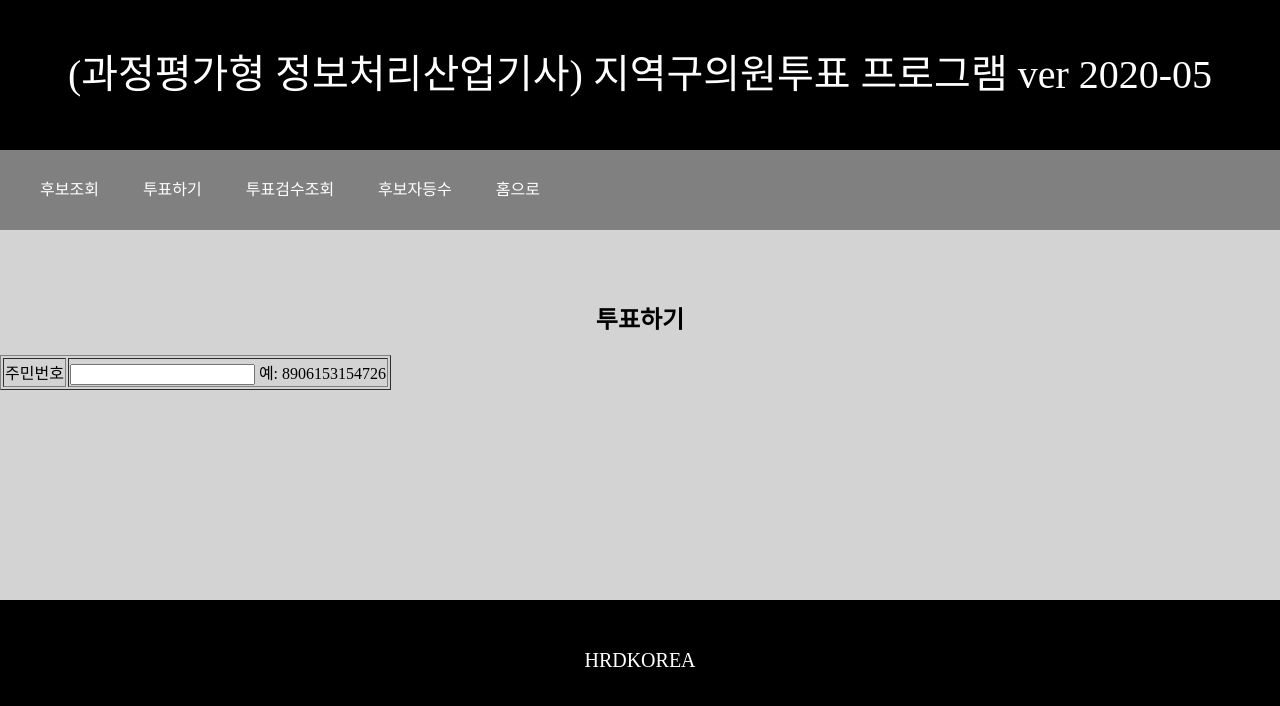
Repository: junhee97/-
Page: http://localhost/HRD_03/vote.jsp
An editor plug-in stored every save of this project. The page is shown before and after the next save, followed by the edit.
The browser window is 1280 px wide. The pictures show the whole page.
The page is served by Tomcat 9.

Above is the page before, as saved 2025-08-14 12:37:37.

### HRD_03/WebContent/vote.jsp
<%@ page language="java" contentType="text/html; charset=UTF-8"
    pageEncoding="UTF-8"%>
<!DOCTYPE html PUBLIC "-//W3C//DTD HTML 4.01 Transitional//EN" "http://www.w3.org/TR/html4/loose.dtd">
<html>
<head>
<meta http-equiv="Content-Type" content="text/html; charset=UTF-8">
<title>Insert title here</title>
</head>
<body>

<jsp:include page="header.jsp"></jsp:include>

<section style="position: fixed; top: 230px; left: 0px; width: 100%; height: 100%; background-color: lightgray;">
<h2 style="text-align: center; padding-top: 50px;">투표하기</h2>

<form>
	<table border = "1">
		<tr>
			<td>주민번호</td>
			<td><input type = "text"> 예: 8906153154726</td>
		</tr>
	</table>
</form>

</section>

<jsp:include page="footer.jsp"></jsp:include>


</body>
</html>

### HRD_03/WebContent/header.jsp
<%@ page language="java" contentType="text/html; charset=UTF-8"
    pageEncoding="UTF-8"%>
<!DOCTYPE html PUBLIC "-//W3C//DTD HTML 4.01 Transitional//EN" "http://www.w3.org/TR/html4/loose.dtd">
<html>
<head>
<meta http-equiv="Content-Type" content="text/html; charset=UTF-8">
<title>Insert title here</title>

<style>
	a{
		text-decoration: none;
		color: white;
	}
</style>

</head>
<body>

	<header style="position:fixed; top:0px; left:0px; width:100%; height: 150px; line-height: 150px; background-color: black; color: white; text-align: center; font-size: 40px;">
		(과정평가형 정보처리산업기사) 지역구의원투표 프로그램 ver 2020-05
	</header>

	<nav style="position: fixed; top: 150px; left: 0px; width: 100%; height: 80px; line-height: 80px; background-color: gray; padding-left: 40px;">
		<a href="m_list.jsp">후보조회</a> &nbsp; &nbsp; &nbsp; &nbsp; &nbsp;
		<a href="vote.jsp">투표하기</a> &nbsp; &nbsp; &nbsp; &nbsp; &nbsp;
		<a href="v_list.jsp">투표검수조회</a> &nbsp; &nbsp; &nbsp; &nbsp; &nbsp;
		<a href="rank.jsp">후보자등수</a> &nbsp; &nbsp; &nbsp; &nbsp; &nbsp;
		<a href="index.jsp">홈으로</a>
	</nav>

</body>
</html>

### HRD_03/WebContent/footer.jsp
<%@ page language="java" contentType="text/html; charset=UTF-8"
    pageEncoding="UTF-8"%>
<!DOCTYPE html PUBLIC "-//W3C//DTD HTML 4.01 Transitional//EN" "http://www.w3.org/TR/html4/loose.dtd">
<html>
<head>
<meta http-equiv="Content-Type" content="text/html; charset=UTF-8">
<title>Insert title here</title>
</head>
<body>

	<footer style="position: fixed; bottom: 0px; left: 0px; width: 100%; height: 120px; line-height: 120px; text-align: center; background-color: black; color: white; font-size: 20px;">
		HRDKOREA
	</footer>

</body>
</html>

After the next save:
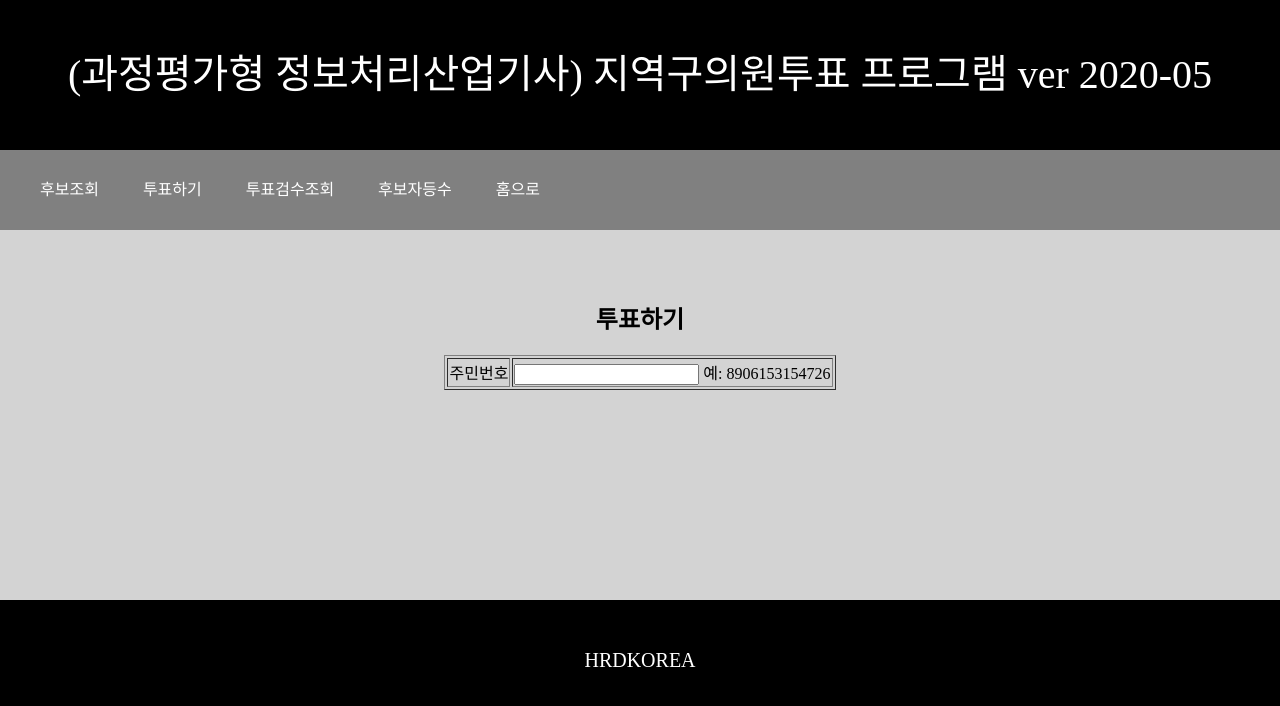
Saved 65 s later.
--- a/HRD_03/WebContent/vote.jsp
+++ b/HRD_03/WebContent/vote.jsp
@@ -13,7 +13,7 @@
 <section style="position: fixed; top: 230px; left: 0px; width: 100%; height: 100%; background-color: lightgray;">
 <h2 style="text-align: center; padding-top: 50px;">투표하기</h2>
 
-<form>
+<form style = "display: flex; align-items: center; justify-content: center; ">
 	<table border = "1">
 		<tr>
 			<td>주민번호</td>
